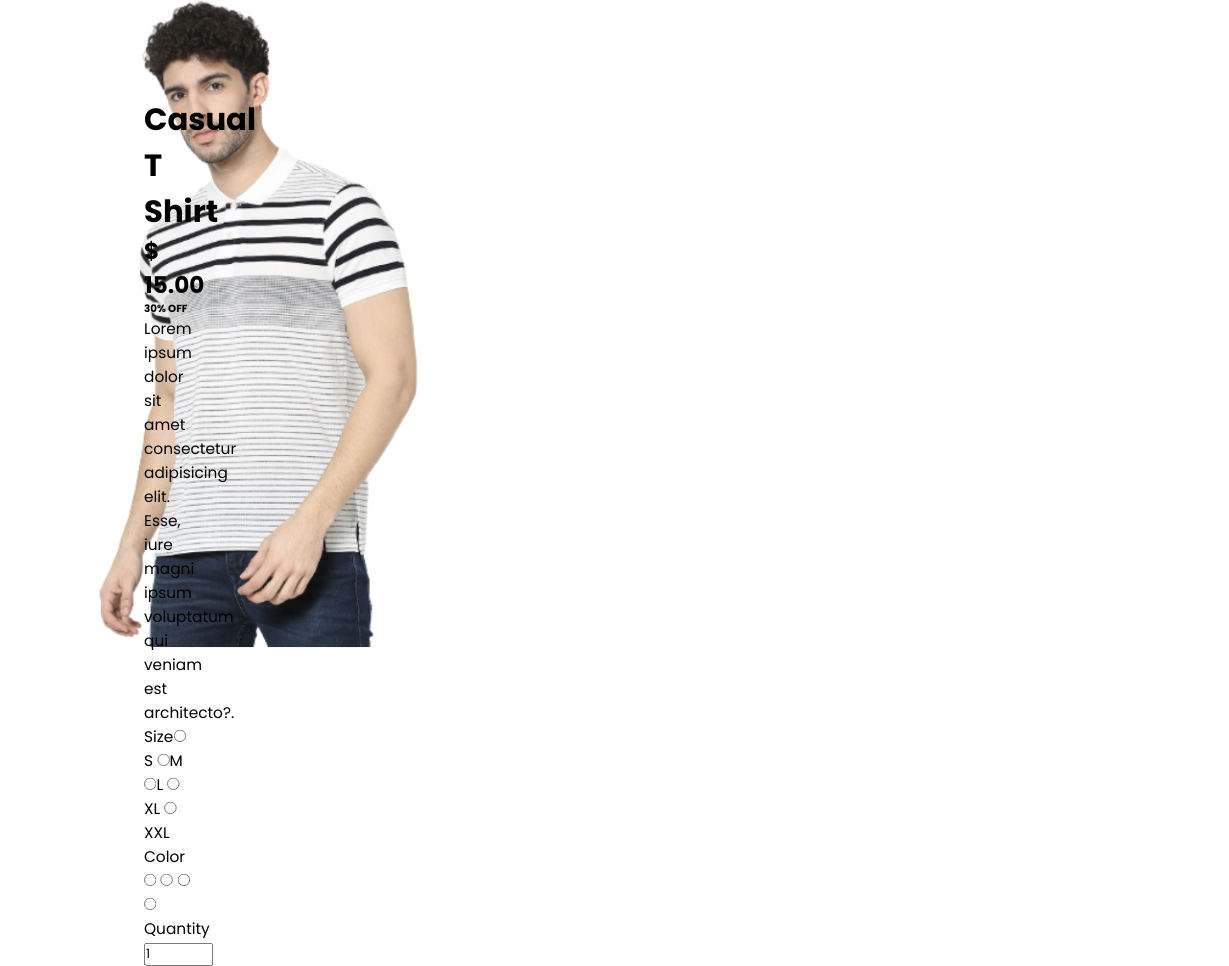
Repository: Ankitkr2021/Product-Page
Page: index.html
An editor plug-in stored every save of this project. The page is shown before and after the next save, followed by the edit.
The browser window is 1280 px wide. The pictures show the whole page, at 96% of full size.

Above is the page before, as saved 2025-10-24 10:13:09.

### index.html
<!DOCTYPE html>
<html lang="en">
<head>
    <meta charset="UTF-8">
    <meta name="viewport" content="width=device-width, initial-scale=1.0">
    <title>Product Page Design</title>
    <link rel="stylesheet" href="./style.css">
</head>
<body>
    <div class="main">
    <div class="left">
    <div class="image1"><img src="./images/image1.png" alt=""></div>
    <div class="image2"></div>
    <div class="image3"></div>
    </div>
    <div class="right">
        <h1>Casual T Shirt</h1>
        <h2>$ 15.00</h2>
        <h6>30% OFF</h6>
        <p>Lorem ipsum dolor sit amet consectetur adipisicing elit. Esse, iure magni ipsum voluptatum qui veniam est architecto?.</p>
       <label>Size<input type="radio" name="size" value="s">S</label>
        <label><input type="radio" name="size" value="m">M</label>
        <label><input type="radio" name="size" value="l">L</label>
        <label><input type="radio" name="size" value="xl">XL</label>
        <label><input type="radio" name="size" value="xxl">XXL</label>

        <div class="color">
        <label>Color<input type="radio" name="color" value="red"></label>
        <label><input type="radio" name="color" value="green"></label>
        <label><input type="radio" name="color" value="blue"></label>
        <label><input type="radio" name="color" value="pink"></label>
        </div>

        <div class="quantity">
            <label>Quantity</label>
             <input type="number" id="qty" name="qty" min="1" max="10" value="1">
        </div>
    </div>
    </div>
</body>
</html>

### style.css
@import url("https://fonts.googleapis.com/css2?family=Poppins:wght@400;700&display=swap");

*{
    margin: 0;
    padding: 0;
    box-sizing: border-box;
    font-family: "Poppins",sans-serif;
}

.left {
    height: 100px;
    width: 50px;
}

.right{
    height: 100px;
    width: 50px;
    margin-left: 150px;
}

After the next save:
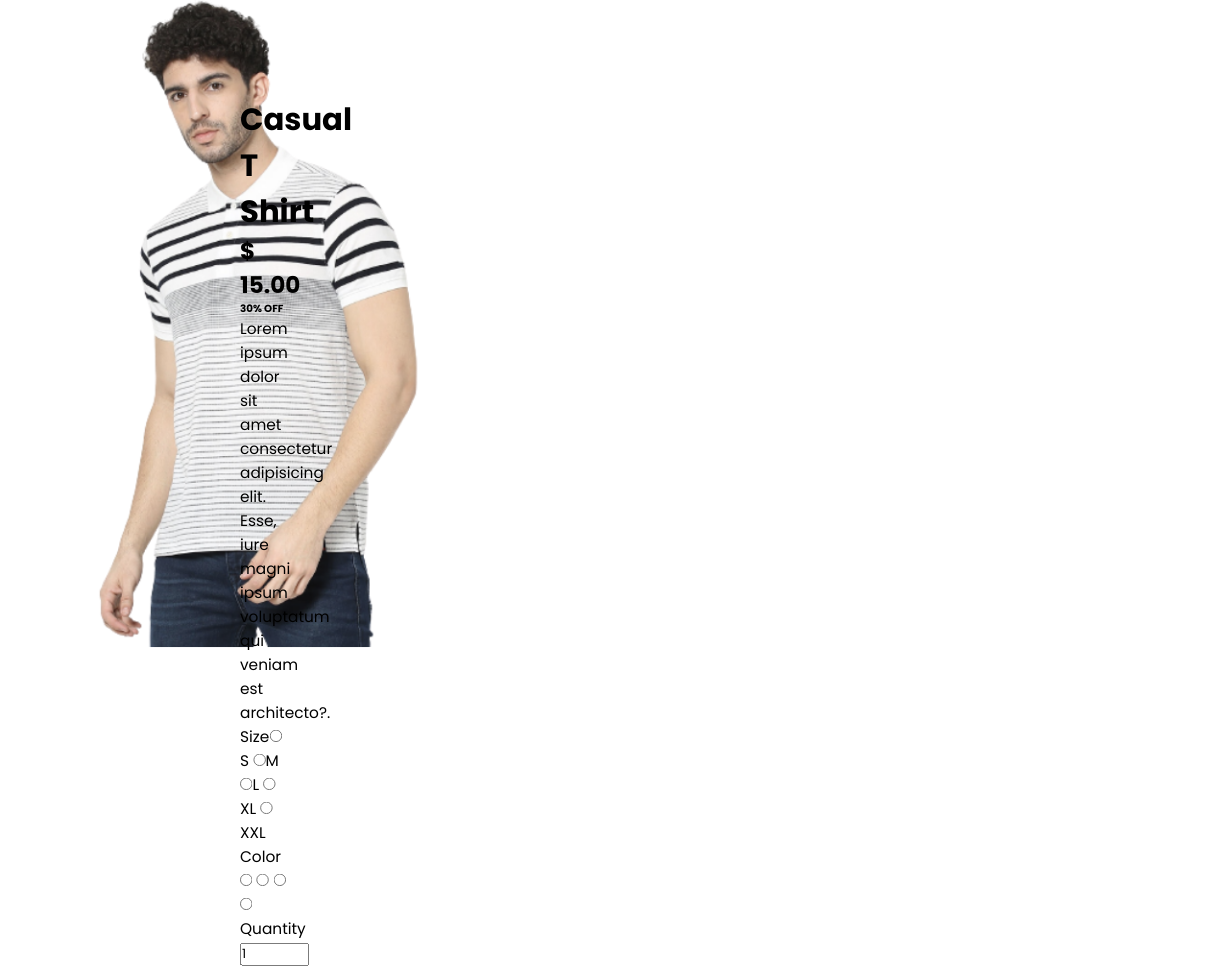
Saved 5 s later.
--- a/style.css
+++ b/style.css
@@ -15,5 +15,5 @@
 .right{
     height: 100px;
     width: 50px;
-    margin-left: 150px;
+    margin-left: 250px;
 }
